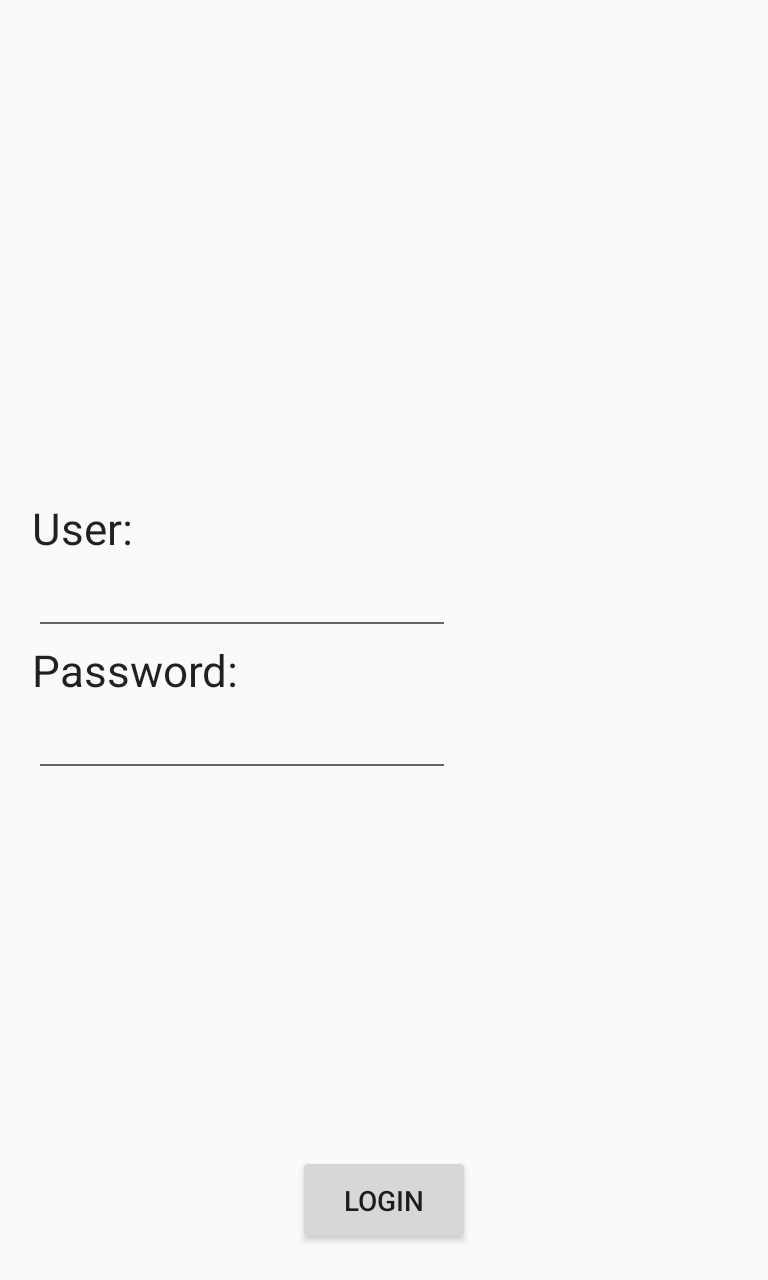
Repository: Y-GO/YGO_Parking_Project_Client
Layout: Ygo_Parking_Project/res/layout/activity_login.xml
An editor plug-in stored every save of this project. The layout is shown before and after the next save, followed by the edit.
It is drawn on a 768 x 1280 px phone screen (xhdpi) without system bars, with theme AppTheme; the app's code is not run.

Above is the layout before, as saved 2014-07-28 09:52:00.

After the next save:
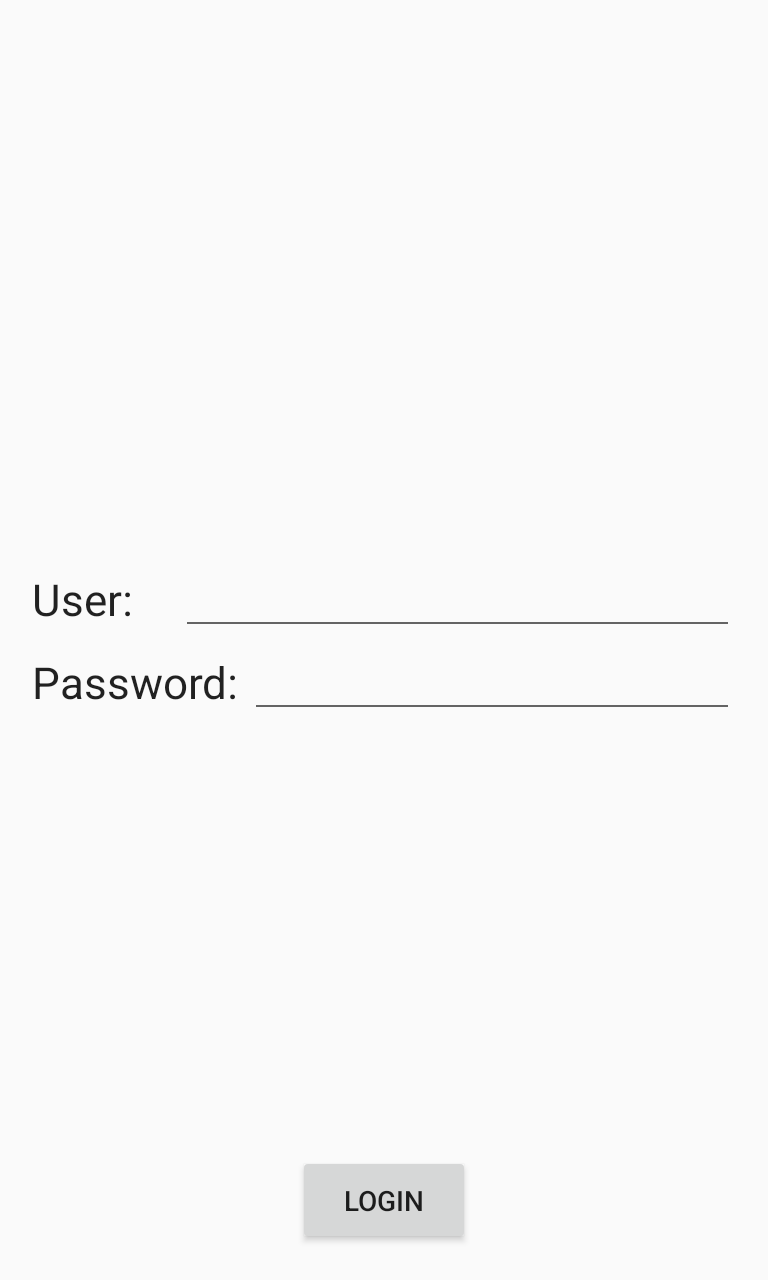
Saved 2 min 7 s later.
--- a/Ygo_Parking_Project/res/layout/activity_login.xml
+++ b/Ygo_Parking_Project/res/layout/activity_login.xml
@@ -20,21 +20,25 @@
             android:layout_gravity="center"
             android:orientation="vertical" >
 
-            <TextView
-                android:id="@+id/textView1"
-                android:layout_width="wrap_content"
-                android:layout_height="wrap_content"
-                android:layout_weight="0.25"
-                android:text="@string/user"
-                android:textAppearance="?android:attr/textAppearanceLarge" />
+            <LinearLayout
+                android:layout_width="match_parent"
+                android:layout_height="wrap_content" >
 
-            <EditText
-                android:id="@+id/editUserName"
-                android:layout_width="wrap_content"
-                android:layout_height="wrap_content"
-                android:layout_weight="0.74"
-                android:ems="10"
-                android:inputType="text" />
+                <TextView
+                    android:id="@+id/textView1"
+                    android:layout_width="wrap_content"
+                    android:layout_height="wrap_content"
+                    android:layout_weight="0.25"
+                    android:text="@string/user"
+                    android:textAppearance="?android:attr/textAppearanceLarge" />
+
+                <EditText
+                    android:id="@+id/editUserName"
+                    android:layout_width="wrap_content"
+                    android:layout_height="wrap_content"
+                    android:layout_weight="0.74"
+                    android:ems="10" android:inputType="text"/>
+            </LinearLayout>
         </LinearLayout>
 
         <LinearLayout
@@ -43,21 +47,26 @@
             android:layout_gravity="center"
             android:orientation="vertical" >
 
-            <TextView
-                android:id="@+id/textView2"
-                android:layout_width="wrap_content"
-                android:layout_height="wrap_content"
-                android:layout_weight="0.1"
-                android:text="@string/password"
-                android:textAppearance="?android:attr/textAppearanceLarge" />
+            <LinearLayout
+                android:layout_width="match_parent"
+                android:layout_height="wrap_content" >
 
-            <EditText
-                android:id="@+id/editPassword"
-                android:layout_width="wrap_content"
-                android:layout_height="wrap_content"
-                android:layout_weight="0.74"
-                android:ems="10"
-                android:inputType="textPassword" />
+                <TextView
+                    android:id="@+id/textView2"
+                    android:layout_width="wrap_content"
+                    android:layout_height="wrap_content"
+                    android:layout_weight="0.1"
+                    android:text="@string/password"
+                    android:textAppearance="?android:attr/textAppearanceLarge" />
+
+                <EditText
+                    android:id="@+id/editPassword"
+                    android:layout_width="wrap_content"
+                    android:layout_height="wrap_content"
+                    android:layout_weight="0.74"
+                    android:ems="10"
+                    android:inputType="textPassword" />
+            </LinearLayout>
         </LinearLayout>
     </LinearLayout>
 
